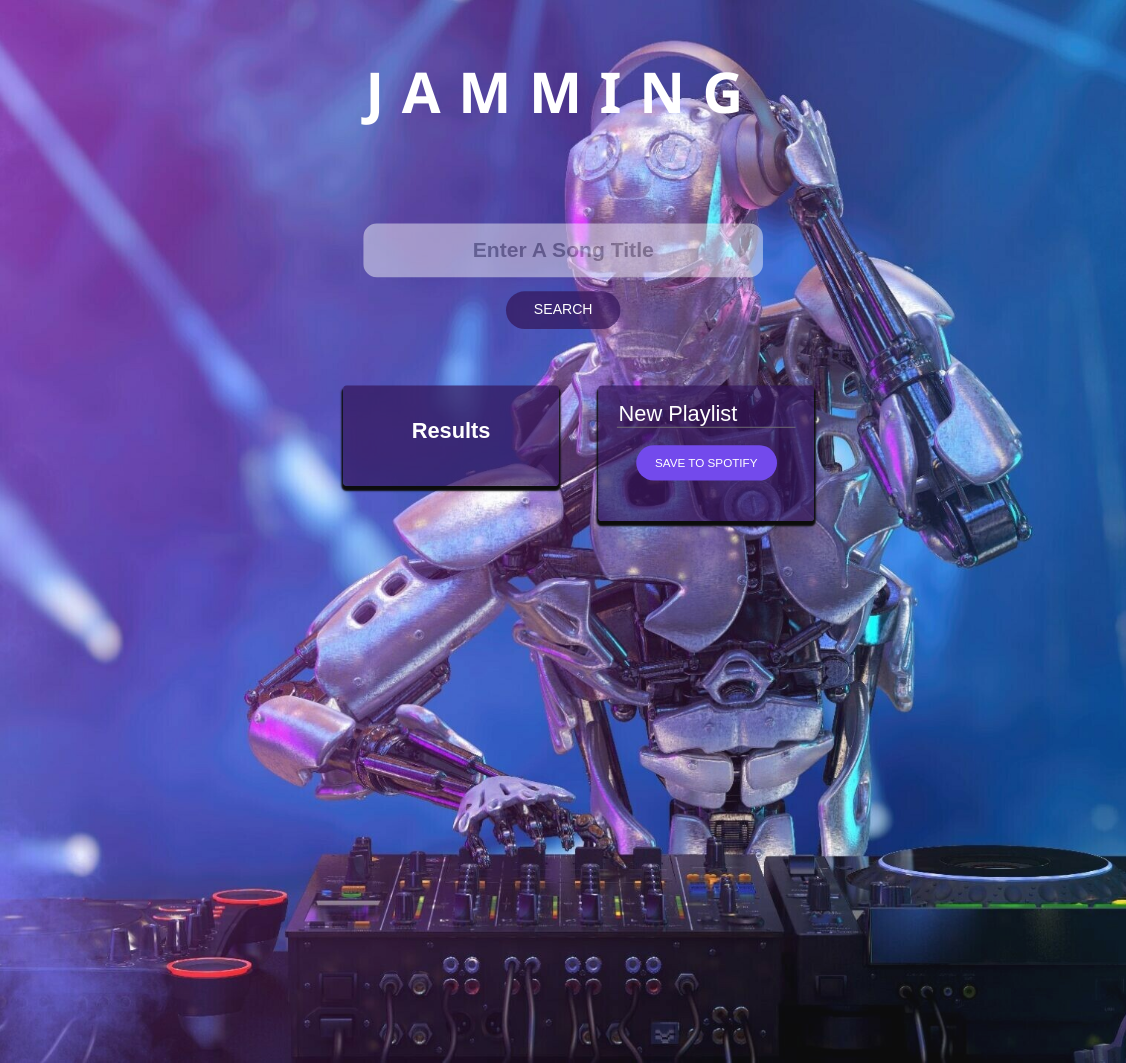
Repository: LolaSL/jamming
Page: /
These files come from the project's save history. The page is drawn as it stood at one moment and after the next save; the edit follows.
The browser window is 1280 px wide. The pictures show the whole page, at 88% of full size.
The project was rebuilt for these pictures with package versions that can differ from the ones it lists, and the page was loaded fresh each time. Also part of the build but not shown: src/components/Track/Track.css, src/components/Track/Track.jsx.

Above is the page before, as saved 2023-06-23 18:00:13.

### src/App/App.js
import React, { useState, useCallback } from "react";
import "./App.css";

import Playlist from "../components/PlayList/PlayList.jsx";
import SearchBar from "../components/SearchBar/SearchBar";
import SearchResults from "../components/SearchResults/SearchResults";
import Spotify from "../utils/Spotify";

const App = () => {
  const [searchResults, setSearchResults] = useState([]);
  const [playlistName, setPlaylistName] = useState("New Playlist");
  const [playlistTracks, setPlaylistTracks] = useState([]);

  const search = useCallback(async (term) => {
    const results = await Spotify.search(term);
    setSearchResults(results);
  }, []);

  const addTrack = useCallback((track) => {
    if (playlistTracks.some((savedTrack) => savedTrack.id === track.id)) {
      return;
    }
    setPlaylistTracks((prevTracks) => [...prevTracks, track]);
  }, [playlistTracks]);

  const removeTrack = useCallback((track) => {
    setPlaylistTracks((prevTracks) =>
      prevTracks.filter((currentTrack) => currentTrack.id !== track.id)
    );
  }, []);

  const updatePlaylistName = useCallback((name) => {
    setPlaylistName(name);
  }, []);

  const savePlaylist = useCallback(async () => {
    const trackUris = playlistTracks.map((track) => track.uri);
    await Spotify.savePlaylist(playlistName, trackUris);
    setPlaylistName("New Playlist");
    setPlaylistTracks([]);
  }, [playlistName, playlistTracks]);

  return (
    <div className="App-container" data-testid="app-test">
      <h1>
        Jamming
      </h1>
      <SearchBar onSearch={search} />
      <div className="App-playlist">
          <SearchResults searchResults={searchResults} onAdd={addTrack} />
          <Playlist
            playlistName={playlistName}
            playlistTracks={playlistTracks}
            onNameChange={updatePlaylistName}
            onRemove={removeTrack}
            onSave={savePlaylist}
        />
      </div>
      </div>
  );
};

export default App;
;

### src/App/App.css
body,
html,
#root {
  height: 100%;

}

/* CSS for App-container */
.App-container {
  display: flex;
  flex-direction: column;
  align-items: center;
  padding: 20px;
  background-color: #f0f0f0;
  background-image: url('./background.jpg');
  height: 150%;
  padding: 0 17% 10% 17%;
  opacity: 0.95;
  background-size: cover;
  overflow: hidden;
  background-position: center;
  background-repeat: no-repeat;
  font-family: 'Work Sans', sans-serif;
  font-weight: 500;
  color: #56649f;
  text-align: center;
}

/* CSS for h1 */
h1 {
  font-family:'Segoe UI', Tahoma, Geneva, Verdana, sans-serif;
  text-transform: uppercase;
  letter-spacing: 20px;
  color: #ffffff;
  font-size: 4rem;
  margin-top: 60px;
}

/* CSS for SearchBar */
.SearchBar {
  display: flex;
  justify-content: center;
  align-items: center;
  margin-bottom: 20px;
}

/* CSS for App-playlist */
.App-playlist {
  display: grid;
  grid-template-columns: 1fr 1fr;
  grid-gap:80px;
  align-items: justify;
  width:500px;
  margin: 0 auto;
}

/* CSS for SearchResults and Playlist components */
.SearchResults,
.Playlist {
  background-color: #fff;
  padding: 20px;
  border-radius: 4px;
  box-shadow: 0 2px 4px rgba(0, 0, 0, 0.1);
}

/*
.App-container{
  flex-wrap: wrap;
  height: 150%;
  padding: 0 17% 10% 17%;
  background-image: url('./background.jpg');
  opacity: 0.95;
  background-size: cover;
  overflow: hidden;
  background-position: center;
  background-repeat: no-repeat;
  font-family: 'Work Sans', sans-serif;
  font-weight: 500;
  color: #56649f;
  text-align: center;
  max-width: 100%;

}
h1{
  font-family:'Segoe UI', Tahoma, Geneva, Verdana, sans-serif;
  text-transform: uppercase;
  letter-spacing: 20px;
  color: #ffffff;
  font-size: 4rem;
  margin-top: 60px;
}
.App-playlist{
  display: flex;
  flex-wrap: wrap;
  align-items: justify;
  column-gap: 30px;
  width:500px;
  margin: 0 auto;

}

@media screen and (max-width: 400px) {
  .App-container {
    width: 70%;
    height: auto;
    align-items: center;
  }
}

@media screen and (max-width: 800px) {
  .App-container {
    width:75%;
    height: auto;
    align-items: center;
  }
}
@media only screen and (max-width: 1220px) {
  .App-container {
    width: 90%;
    height: auto;
    align-items: center;
  }
}
@media only screen and (max-width: 1620px) {
  .App-container {
    width: 100%;
    height: auto;
    align-items: center;
  }
} */

### src/components/PlayList/PlayList.jsx
import React, { useCallback } from "react";
import PropTypes from "prop-types";
import "./PlayList.css";
import TrackList from "../TrackList/TrackList";

const Playlist = ({
  onNameChange,
  playlistTracks,
  onRemove,
  onSave
}) => {
  const handleNameChange = useCallback((event) => {
    onNameChange(event.target.value);
  }, [onNameChange]);

  return (
    <div className="Playlist">
      <input onChange={handleNameChange} defaultValue={"New Playlist"} />
      <TrackList
        tracks={playlistTracks}
        isRemoval={true}
        onRemove={onRemove}
      />
      <button className="Playlist-save" onClick={onSave}>
        SAVE TO SPOTIFY
      </button>
    </div>
  );
};

Playlist.propTypes = {
  onNameChange: PropTypes.func,
  playlistTracks: PropTypes.array,
  onRemove: PropTypes.func,
  onSave: PropTypes.func
};

export default Playlist;

### src/components/SearchBar/SearchBar.jsx
import React, { useState, useCallback } from "react";
import "./SearchBar.css";

const SearchBar = ({ onSearch }) => {
  const [term, setTerm] = useState("");

  const handleTermChange = useCallback((event) => {
    setTerm(event.target.value);
  }, []);

  const search = useCallback(() => {
    onSearch(term);
  }, [onSearch, term]);

  return (
    <div className="SearchBar">
      <input placeholder="Enter A Song Title" onChange={handleTermChange} />
      <button className="SearchButton" onClick={search}>
        SEARCH
      </button>
    </div>
  );
};

export default SearchBar;

### src/components/SearchResults/SearchResults.jsx
import React from "react";
import "./SearchResults.css";
import TrackList from "../TrackList/TrackList";

const SearchResults = ({ searchResults, onAdd }) => {
  return (
    <div className="SearchResults">
      <h2>Results</h2>
      <TrackList tracks={searchResults} onAdd={onAdd} />
    </div>
  );
};

export default SearchResults;

### src/utils/Spotify.js
const clientId = 'a18dfb23f21c4bf69aa0c5c6ac72acdc'; // Insert client ID here.
const redirectUri = 'http://localhost:3000/'; // Have to add this to your accepted Spotify redirect URIs on the Spotify API.

let accessToken;

const Spotify = {
  getAccessToken() {
    if (accessToken) {
      return accessToken;
    }

    const accessTokenMatch = window.location.href.match(/access_token=([^&]*)/);
    const expiresInMatch = window.location.href.match(/expires_in=([^&]*)/);
    if (accessTokenMatch && expiresInMatch) {
      accessToken = accessTokenMatch[1];
      const expiresIn = Number(expiresInMatch[1]);
      window.setTimeout(() => accessToken = '', expiresIn * 1000);
      window.history.pushState('Access Token', null, '/'); // This clears the parameters, allowing us to grab a new access token when it expires.
      return accessToken;
    } else {
      const accessUrl = `https://accounts.spotify.com/authorize?client_id=${clientId}&response_type=token&scope=playlist-modify-public&redirect_uri=${redirectUri}`;
      window.location = accessUrl;
    }
  },

  async search(term) {
    const accessToken = Spotify.getAccessToken();
    const response = await fetch(`https://api.spotify.com/v1/search?type=track&q=${term}`, {
      headers: {
        Authorization: `Bearer ${accessToken}`
      }
    });
    const jsonResponse = await response.json();
    if (!jsonResponse.tracks) {
      return [];
    }
    return jsonResponse.tracks.items.map(track => ({
      id: track.id,
      name: track.name,
      artist: track.artists[0].name,
      album: track.album.name,
      popularity: track.popularity,
      uri: track.uri
    }));
  },

  savePlaylist(name, trackUris) {
    if (!name || !trackUris.length) {
      return;
    }

    const accessToken = Spotify.getAccessToken();
    const headers = { Authorization: `Bearer ${accessToken}` };
    let userId;

    return fetch('https://api.spotify.com/v1/me', { headers: headers }
    ).then(response => response.json()
    ).then(jsonResponse => {
      userId = jsonResponse.id;
      return fetch(`https://api.spotify.com/v1/users/${userId}/playlists`, {
        headers: headers,
        method: 'POST',
        body: JSON.stringify({ name: name })
      }).then(response => response.json()
      ).then(jsonResponse => {
        const playlistId = jsonResponse.id;
        return fetch(`https://api.spotify.com/v1/users/${userId}/playlists/${playlistId}/tracks`, {
          headers: headers,
          method: 'POST',
          body: JSON.stringify({ uris: trackUris })
        });
      });
    });
  }
};

export default Spotify;

### src/components/PlayList/PlayList.css
.Playlist {
    display: flex;
    flex-direction: column;
    align-items: center;
    justify-items: center;
    overflow-y: scroll;
    width: 100%;
    max-height: 900px;
    padding: 1.1rem;
    background-color: rgba(40, 9, 80, 0.7);
    box-shadow: 0 4px 2px 2px #000000;

  }

  .Playlist input {
    width: 95%;
    border: 0;
    outline: 0;
    background: transparent;
    border-bottom: 1px solid #6f6f6f;
    font-family: 'Poppins', sans-serif;
    font-size: 1.55rem;
    color: #fff;
  }

  .Playlist-save {
    cursor: pointer;
    width: 10rem;
    padding: .77rem 0;
    border-radius: 54px;
    border-width: 0px;
    margin-top: 1.27rem;
    background-color: #6c41ec;
    text-align: center;
    font-size: .83rem;
    transition: background-color .25s;
    color: #fff;
    font-weight: 500;
  }

  .Playlist-save:hover {
    background-color: rgba(108, 65, 233, .7);
  }

  ::-webkit-scrollbar {
      width: 0px;
      background: transparent;
  }

  @media screen and (min-width: 400px) {
    .Playlist {
      width: 70%;
      height: auto;
      align-items: center;
    }
  }

  @media screen and (min-width: 800px) {
    .Playlist {
      width:75%;
      height: auto;
    }
  }
  @media only screen and (max-width: 1220px) {
    .Playlist {
      width: 90%;
      height: auto;
      align-items: center;
    }
  }
  @media only screen and (max-width: 1620px) {
    .Playlist {
      width: 100%;
      height: auto;
      align-items: center;
    }
  }

### src/components/TrackList/TrackList.jsx
import React from "react";
import PropTypes from "prop-types";
import "./TrackList.css";
import Track from "../Track/Track";

const TrackList = ({ tracks, onAdd, isRemoval, onRemove }) => {
  return (
    <div className="TrackList">
      {tracks.map((track, index) => (
        <Track
          key={index}
          track={track}
          onAdd={onAdd}
          isRemoval={isRemoval}
          onRemove={onRemove}
        />
      ))}
    </div>
  );
};

TrackList.propTypes = {
  tracks: PropTypes.array,
  onAdd: PropTypes.func,
  onRemove: PropTypes.func,
  isRemoval: PropTypes.bool,
};

export default TrackList;

### src/components/SearchBar/SearchBar.css
.SearchBar {
  display: flex;
  flex-direction: column;
  align-items: center;
  padding-top: 4rem;
  margin-bottom: 4rem;
}

.SearchBar input {
  width: 450px;
  height: 25px;
  padding:1rem 0;
  border: 2px solid #fff;
  border-radius: 15px;
  margin-bottom: 1rem;
  color: black;
  font-weight: 600;
  text-align: center;
  font-size: 1.5rem;
  opacity: 0.45;
  z-index: 1;
}

.SearchBar input:focus {
  outline: none;
}

.SearchButton {
  cursor: pointer;
  width: 8.11rem;
  padding: 0.77rem 0;
  border-radius: 54px;
  background-color: rgba(40, 9, 80, 0.7);
  text-align: center;
  font-size: 1rem;
  transition: background-color 0.25s;
  border: 0px;
  color: #fff;
  font-weight: 500;
}

.SearchButton:hover {
  background-color: rgba(108, 65, 233, 0.7);
}

### src/components/SearchResults/SearchResults.css
.SearchResults {
  display: flex;
  flex-direction: column;
  align-items: left;
  overflow-y: scroll;
  width: 38%;
  max-height: 900px;
  padding: 1.1rem;
  background-color: rgba(40, 9, 80, 0.7);
  box-shadow: 0 4px 2px 2px #000000;
  gap: 10px;

  }
  h2{
    font-family: 'Poppins', sans-serif;
    color: #ffffff;
    text-align: left;
    font-size: 1.55rem;
  }
  ::-webkit-scrollbar {
      width: 0px;
      background: transparent;
  }

  /* @media only screen and (max-width: 1020px) {
    .SearchResults {
      width: 90%;
      margin-bottom:2.5rem;
    }
  } */

  @media screen and (min-width: 400px) {
    .SearchResults {
      width: 70%;
      margin-bottom:1.5rem;
      align-items: center;
    }
  }

  @media screen and (min-width: 800px) {
    .SearchResults {
      width:75%;
      margin-bottom:2rem;
      align-items: center;
    }
  }
  @media only screen and (max-width: 1220px) {
    .SearchResults {
      width: 90%;
      margin-bottom:2.5rem;
      align-items: center;
    }
  }
  @media only screen and (max-width: 1620px) {
    .SearchResults {
      width: 100%;
      margin-bottom:2.5rem;
      align-items: center;
    }
  }

### src/components/TrackList/TrackList.css
.TrackList {
    width: 100%;
    overflow-y: scroll;
  }

  @media screen and (max-width: 400px) {
    .TrackList {
      width: 70%;
      height: auto;
      align-items: center;
    }
  }

  @media screen and (max-width: 800px) {
    .TrackList {
      width:75%;
      height: auto;
      align-items: center;
    }
  }
  @media only screen and (max-width: 1220px) {
    .TrackList {
      width: 90%;
      height: auto;
      align-items: center;
    }
  }
  @media only screen and (max-width: 1620px) {
    .TrackList {
      width: 100%;
      height: auto;
      align-items: center;
    }
  }

Loaded but not shown: public/index.html (common file); src/index.js (common file); src/index.css (common file); src/reportWebVitals.js (common file)

After the next save:
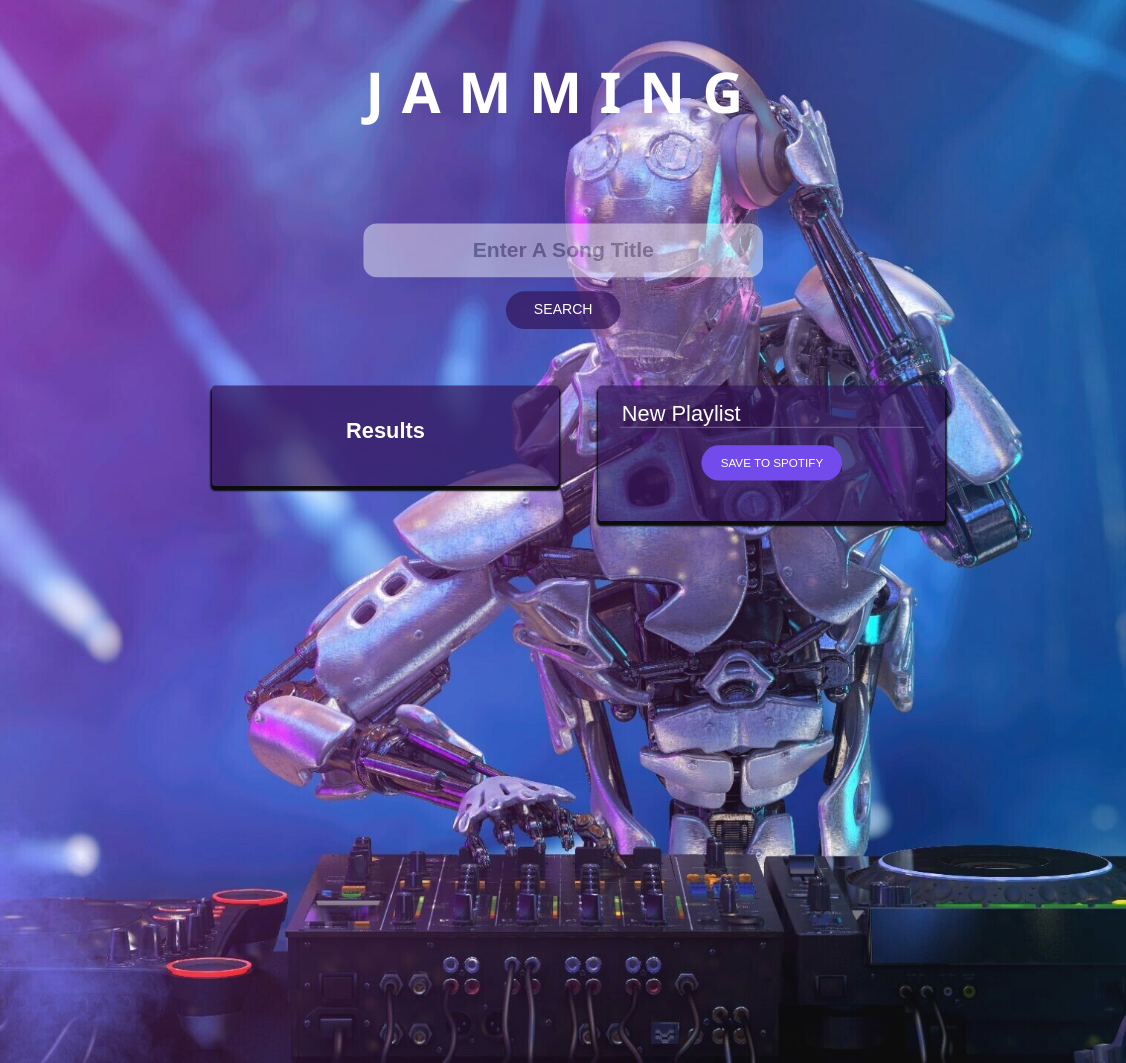
Saved 9 s later.
--- a/src/App/App.css
+++ b/src/App/App.css
@@ -50,7 +50,7 @@ h1 {
   grid-template-columns: 1fr 1fr;
   grid-gap:80px;
   align-items: justify;
-  width:500px;
+  /* width:500px; */
   margin: 0 auto;
 }
 
